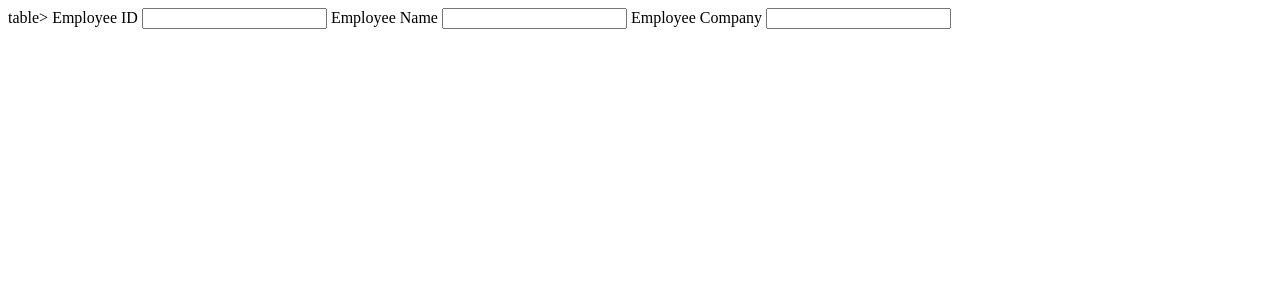
Repository: poornimakole/PRJS
Page: JS/JSDemo/WebContent/test1.html
These files come from the project's save history. The page is drawn as it stood at one moment and after the next save; the edit follows.
The browser window is 1280 px wide. The pictures show the whole page.

Above is the page before, as saved 2017-11-09 06:47:56.

### JS/JSDemo/WebContent/test1.html
<!DOCTYPE html>
<html>
<head>
<meta charset="ISO-8859-1">
<title>Insert title here</title>
</head>
<body>
table>
     <tr>
     <td><label>Employee ID</label></td>
     <td><input type="text" id="empid"></td>
     </tr>

     <tr>
      <td><label>Employee Name</label></td>
     <td><input type="text" id="name"></td>
     </tr>

     <tr>
      <td><label>Employee Company</label></td>
     <td><input type="text" id="company"></td>
     </tr>
   </table>
   <script>
   		document.getElementById("empid").onblur=getEmployeeDetails;

   		function getEmployeeDetails()
   		{
   			xml=new XMLHttpRequest();

   			var empid=document.getElementById("empid").value;

   			var url="requestProcessorXML.jsp?empid="+empid;

   			xml.open("GET",url,true);

   			xml.onreadystatechange=handleResponse;

   			xml.send();

   		}

   		function handleResponse()
   		{
   			if(xml.readyState==4 && xml.status==200)
   				{
   				  var response=xml.responseText;
   				  console.log(response);
   				  /* var x=response.split(",");
   				  document.getElementById("name").value=x[0];
   				 document.getElementById("company").value=x[1]; */

   				}
   		}

   </script>
</body>
</html>

After the next save:
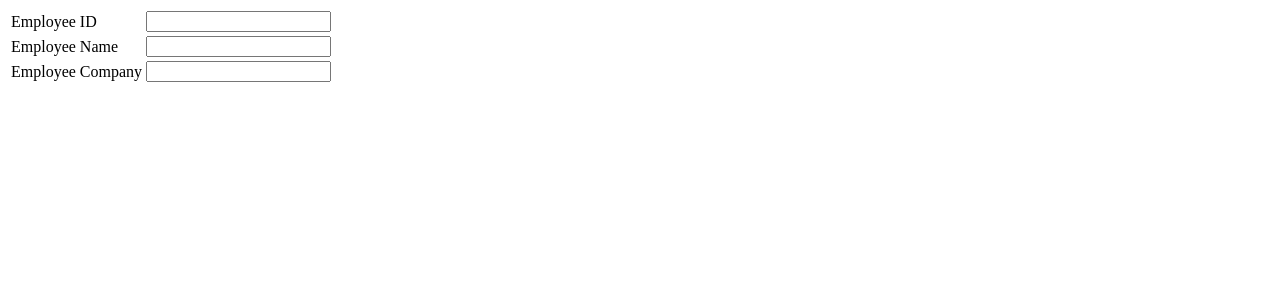
Saved 35 s later.
--- a/JS/JSDemo/WebContent/test1.html
+++ b/JS/JSDemo/WebContent/test1.html
@@ -5,7 +5,7 @@
 <title>Insert title here</title>
 </head>
 <body>
-table>
+<table>
      <tr>
      <td><label>Employee ID</label></td>
      <td><input type="text" id="empid"></td>
